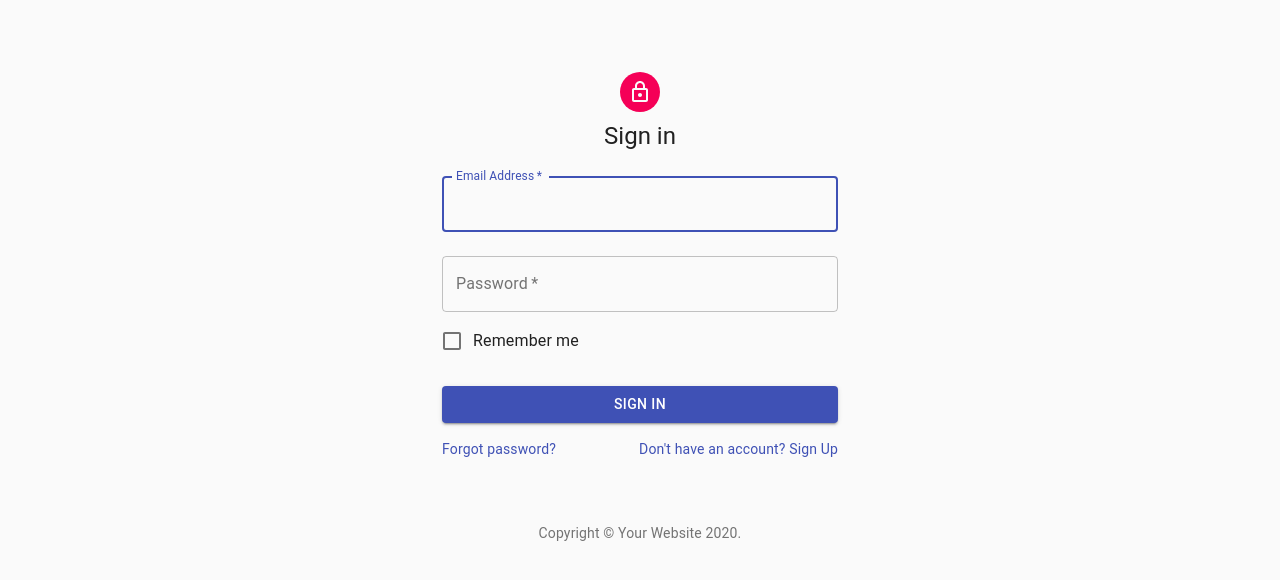
Repository: Yamayu08/idobatakaigi
Page: /
The author's editor kept a copy of each file at every save. The page is drawn from the files as they stood at one save, then again after the next save.
The browser window is 1280 px wide. The pictures show the whole page.
The project was rebuilt for these pictures with package versions that can differ from the ones it lists, and the page was loaded fresh each time.

Above is the page before, as saved 2021-02-18 02:19:20.

### src/components/App.js
import React from 'react';
import SignIn from './SignIn';

export default () => {
  return <SignIn />
};

### src/components/SignIn.js
import React from 'react';
import Avatar from '@material-ui/core/Avatar';
import Button from '@material-ui/core/Button';
import CssBaseline from '@material-ui/core/CssBaseline';
import TextField from '@material-ui/core/TextField';
import FormControlLabel from '@material-ui/core/FormControlLabel';
import Checkbox from '@material-ui/core/Checkbox';
import Link from '@material-ui/core/Link';
import Grid from '@material-ui/core/Grid';
import Box from '@material-ui/core/Box';
import LockOutlinedIcon from '@material-ui/icons/LockOutlined';
import Typography from '@material-ui/core/Typography';
import { makeStyles } from '@material-ui/core/styles';
import Container from '@material-ui/core/Container';

function Copyright() {
  return (
    <Typography variant="body2" color="textSecondary" align="center">
      {'Copyright © '}
      <Link color="inherit" href="https://material-ui.com/">
        Your Website
      </Link>{' '}
      {new Date().getFullYear()}
      {'.'}
    </Typography>
  );
}

const useStyles = makeStyles((theme) => ({
  paper: {
    marginTop: theme.spacing(8),
    display: 'flex',
    flexDirection: 'column',
    alignItems: 'center',
  },
  avatar: {
    margin: theme.spacing(1),
    backgroundColor: theme.palette.secondary.main,
  },
  form: {
    width: '100%', // Fix IE 11 issue.
    marginTop: theme.spacing(1),
  },
  submit: {
    margin: theme.spacing(3, 0, 2),
  },
}));

export default function SignIn() {
  const classes = useStyles();

  return (
    <Container component="main" maxWidth="xs">
      <CssBaseline />
      <div className={classes.paper}>
        <Avatar className={classes.avatar}>
          <LockOutlinedIcon />
        </Avatar>
        <Typography component="h1" variant="h5">
          Sign in
        </Typography>
        <form className={classes.form} noValidate>
          <TextField
            variant="outlined"
            margin="normal"
            required
            fullWidth
            id="email"
            label="Email Address"
            name="email"
            autoComplete="email"
            autoFocus
          />
          <TextField
            variant="outlined"
            margin="normal"
            required
            fullWidth
            name="password"
            label="Password"
            type="password"
            id="password"
            autoComplete="current-password"
          />
          <FormControlLabel
            control={<Checkbox value="remember" color="primary" />}
            label="Remember me"
          />
          <Button
            type="submit"
            fullWidth
            variant="contained"
            color="primary"
            className={classes.submit}
          >
            Sign In
          </Button>
          <Grid container>
            <Grid item xs>
              <Link href="#" variant="body2">
                Forgot password?
              </Link>
            </Grid>
            <Grid item>
              <Link href="#" variant="body2">
                {"Don't have an account? Sign Up"}
              </Link>
            </Grid>
          </Grid>
        </form>
      </div>
      <Box mt={8}>
        <Copyright />
      </Box>
    </Container>
  );
}

Loaded but not shown: public/index.html (common file); src/index.js (common file); src/index.css (common file)

After the next save:
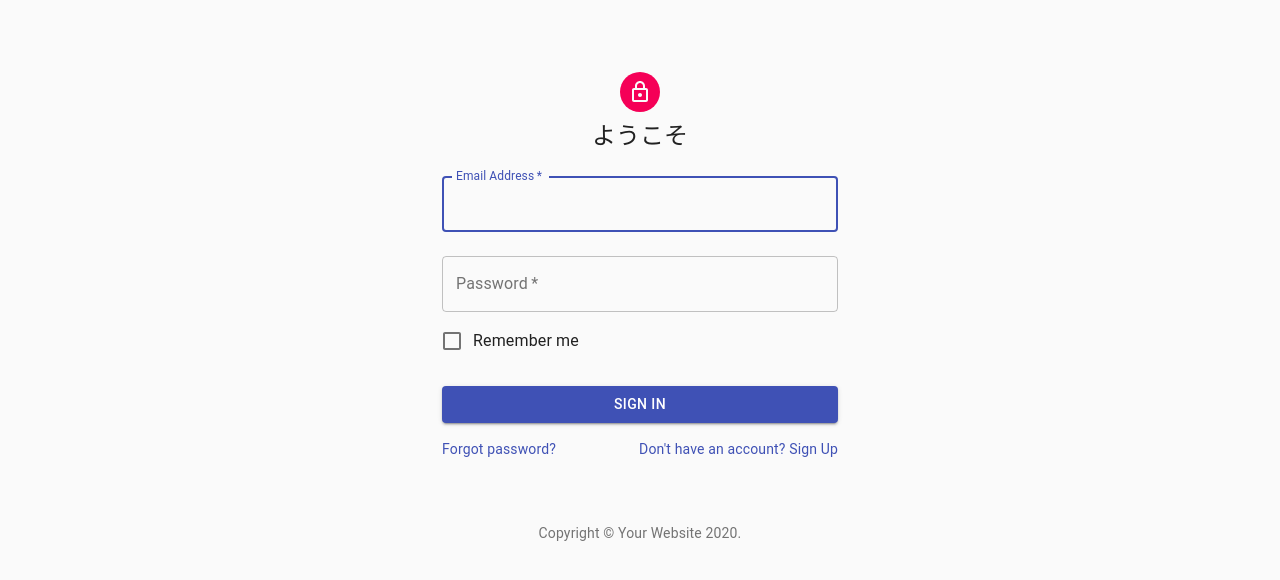
Saved 97 s later.
--- a/src/components/SignIn.js
+++ b/src/components/SignIn.js
@@ -57,7 +57,7 @@ export default function SignIn() {
           <LockOutlinedIcon />
         </Avatar>
         <Typography component="h1" variant="h5">
-          Sign in
+          ようこそ
         </Typography>
         <form className={classes.form} noValidate>
           <TextField
